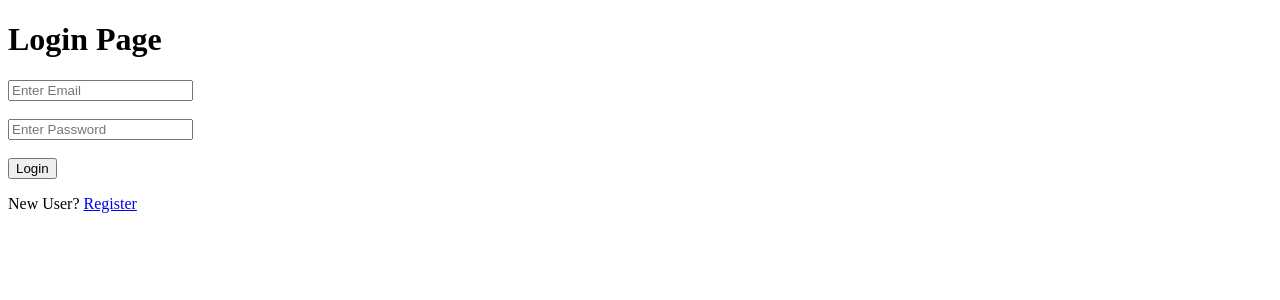
Repository: DeepikaBotla77/Ecommerce
Page: /
The author's editor kept a copy of each file at every save. The page is drawn from the files as they stood at one save, then again after the next save.
The browser window is 1280 px wide. The pictures show the whole page.
The project was rebuilt for these pictures with package versions that can differ from the ones it lists, and the page was loaded fresh each time. Also part of the build but not shown: vite.config.js, src/component/Navbar/Home.jsx.

Above is the page before, as saved 2026-06-29 15:14:39.

### index.html
<!doctype html>
<html lang="en">
  <head>
    <meta charset="UTF-8" />
    <link rel="icon" type="image/svg+xml" href="/favicon.svg" />
    <meta name="viewport" content="width=device-width, initial-scale=1.0" />
    <title>eww</title>
  </head>
  <body>
    <div id="root"></div>
    <script type="module" src="/src/main.jsx"></script>
  </body>
</html>

### src/main.jsx
import React from "react";
import ReactDOM from "react-dom/client";
import { BrowserRouter } from "react-router-dom"; // <-- Import cheyyali
import App from "./App";

ReactDOM.createRoot(document.getElementById("root")).render(
  <BrowserRouter>
    <App />
  </BrowserRouter>
);

### src/App.jsx
import React from 'react'
import Login from './component/Navbar/Login'
import Home from './component/Navbar/Home'
import Register from './component/Navbar/Register'
function App() {
  return (
    <div>
      <Login />
      {/* <Register/> */}
      {/* <Home/> */}
    </div>
  )
}

export default App

### src/component/Navbar/Login.jsx
import { Link, useNavigate } from "react-router-dom";

function Login() {

  const navigate = useNavigate();

  function login() {
    navigate("/home");
  }

  return (
    <div>
      <h1>Login Page</h1>

      <input type="email" placeholder="Enter Email" />
      <br /><br />

      <input type="password" placeholder="Enter Password" />
      <br /><br />

      <button onClick={login}>Login</button>

      <p>
        New User? <Link to="/register">Register</Link>
      </p>

    </div>
  );
}

export default Login;

Loaded but not shown: src/component/Navbar/Register.jsx (no stored copy; drawn as an empty file)

After the next save:
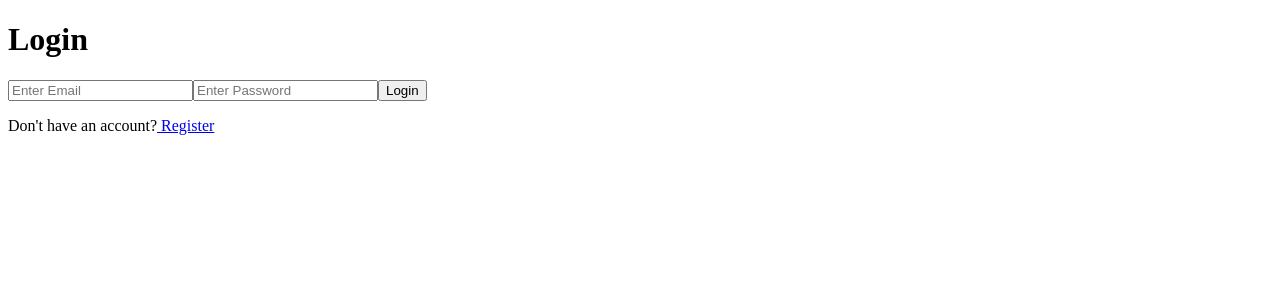
Saved 10 s later.
--- a/src/component/Navbar/Login.jsx
+++ b/src/component/Navbar/Login.jsx
@@ -1,31 +1,50 @@
+import {useState} from 'react'
 import { Link, useNavigate } from "react-router-dom";
 
 function Login() {
-
   const navigate = useNavigate();
 
-  function login() {
-    navigate("/home");
-  }
+  const [email, setEmail] = useState("");
+  const [password, setPassword] = useState("");
+
+  const handleLogin = (e) => {
+    e.preventDefault();
+
+    if (email === "admin@gmail.com" && password === "123456") {
+      alert("Login Successful");
+      navigate("/home");
+    } else {
+      alert("Invalid Email or Password");
+    }
+  };
 
   return (
-    <div>
-      <h1>Login Page</h1>
+    <div className="container">
+      <form className="form" onSubmit={handleLogin}>
+        <h1>Login</h1>
+        <input
+          type="email"
+          placeholder="Enter Email"
+          value={email}
+          onChange={(e) => setEmail(e.target.value)}
+        />
 
-      <input type="email" placeholder="Enter Email" />
-      <br /><br />
+        <input
+          type="password"
+          placeholder="Enter Password"
+          value={password}
+          onChange={(e) => setPassword(e.target.value)}
+        />
 
-      <input type="password" placeholder="Enter Password" />
-      <br /><br />
+        <button type="submit">Login</button>
 
-      <button onClick={login}>Login</button>
-
-      <p>
-        New User? <Link to="/register">Register</Link>
-      </p>
-
+        <p>
+          Don't have an account?
+          <Link to="/register"> Register</Link>
+        </p>
+      </form>
     </div>
   );
 }
 
-export default Login;
+export default Login
